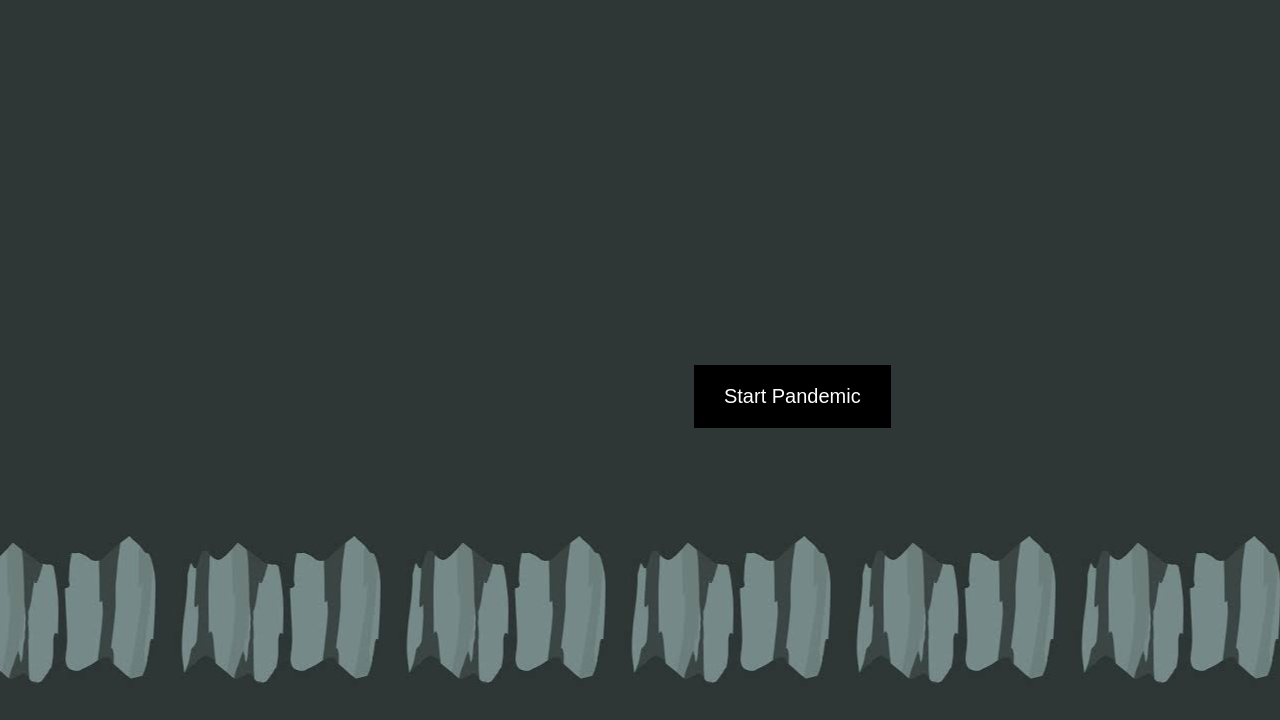
Repository: mindfoo/project-game
Page: index.html
These files come from the project's save history. The page is drawn as it stood at one moment and after the next save; the edit follows.
The browser window is 1280 px wide. The pictures show the whole page.

Above is the page before, as saved 2020-03-25 20:50:20.

After the next save:
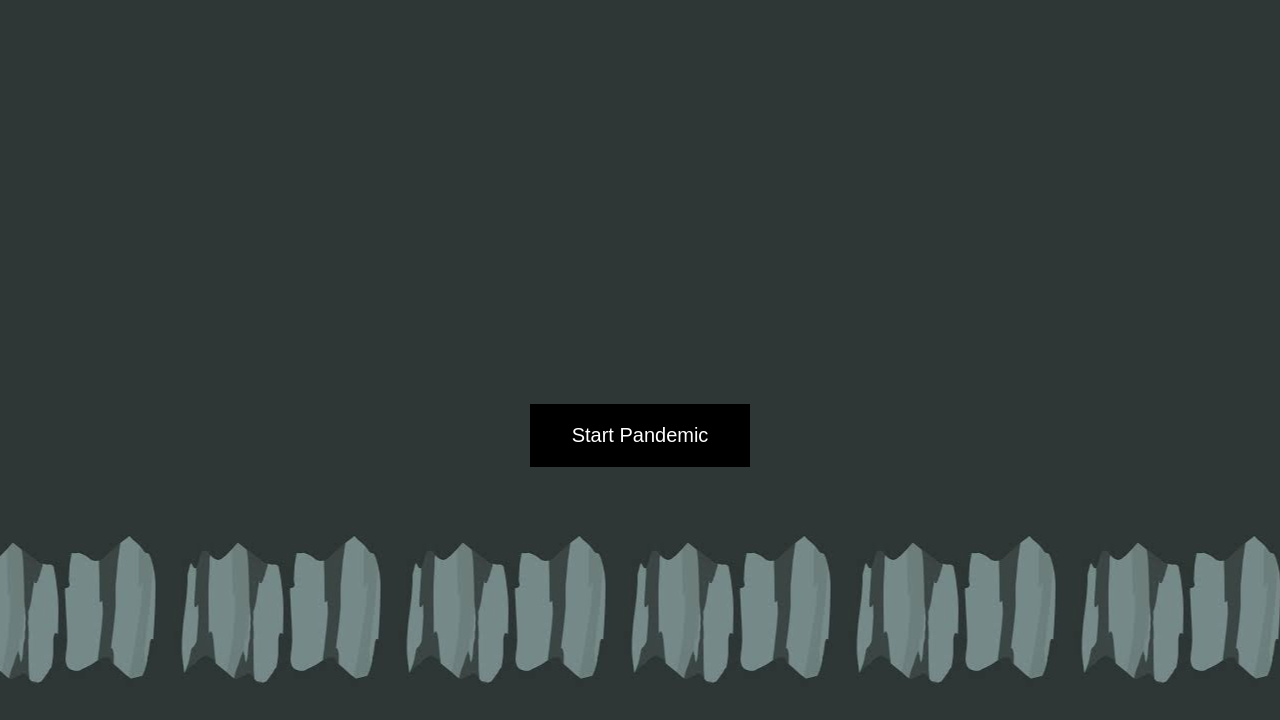
Saved 42 s later.
--- a/styles/style.css
+++ b/styles/style.css
@@ -39,3 +39,8 @@ body button {
   border: 0;
   margin: 40px;
 }
+
+#game-board {
+  display: flex;
+  flex-direction: column;
+}
